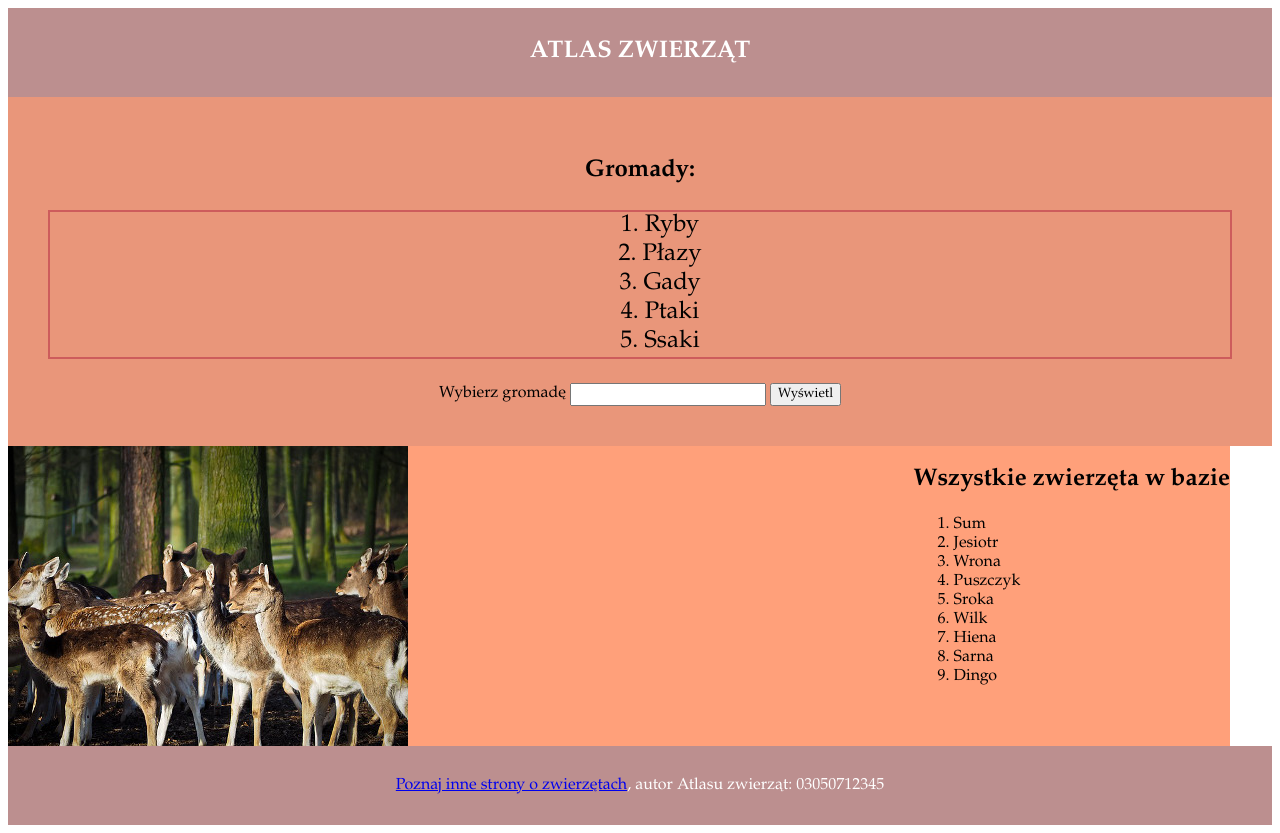
Repository: Lenerystia/HTML
Page: Zad.egz_3/index.html
The author's editor kept a copy of each file at every save. The page is drawn from the files as they stood at one save, then again after the next save.
The browser window is 1280 px wide. The pictures show the whole page.

Above is the page before, as saved 2021-12-22 14:10:39.

### Zad.egz_3/index.html
<!DOCTYPE html>
<head>
    <meta http-equiv="content-type" type="text/html" charset="UTF-8">
    <title>Dane o zwierzętach</title>
    <link rel="stylesheet" href="styl3.css">
</head>
<body>
    <section class="baner">
        <h1>ATLAS ZWIERZĄT</h1>
    </section>
    <section class="formularz">
        <h2>Gromady:</h2>
        <ol>
            <li>Ryby</li>
            <li>Płazy</li>
            <li>Gady</li>
            <li>Ptaki</li>
            <li>Ssaki</li>
        </ol>
        <form action="http://www.przykładowastrona.com" method="post">Wybierz gromadę
            <input type="number" name="Wybierz gromadę" id="gromada">
            <input type="submit" value="Wyświetl">
        </form>
    </section>
    <section class="glownyLewy">
        <img src="zwierzeta.jpg" alt="dzikie zwierzęta">
    </section>
    <section class="glownySrodkowy">

    </section>
    <section class="glownyPrawy">
        <h2>Wszystkie zwierzęta w bazie</h2>
        <ol>
            <li>Sum</li>
            <li>Jesiotr</li>
            <li>Wrona</li>
            <li>Puszczyk</li>
            <li>Sroka</li>
            <li>Wilk</li>
            <li>Hiena</li>
            <li>Sarna</li>
            <li>Dingo</li>
        </ol>
    </section>
    <section class="stopka">
        <a href="atlas-zwierzat.pl" target="_blank"> Poznaj inne strony o zwierzętach</a>, autor Atlasu zwierząt: 03050712345

    </section>
</body>
</html>

### Zad.egz_3/styl3.css
*{
    font-family: Garamond;
}
.baner{
    background-color: rosybrown;
    color: white;
    text-align: center;
    padding: 10px;
}
.formularz{
    background-color: darksalmon;
    text-align: center;
    list-style-position: inside;
    padding: 40px;
}
.glownyLewy, .glownyPrawy{
    background-color: lightsalmon;
}
.glownyLewy{
    float: left;
    height: 300px;
}
.glownySrodkowy{
    background-color: lightsalmon;
    height: 300px;
    width: 40%;
    float: left;
}
.glownyPrawy{
    float: left;
    height: 300px;
}
.stopka{
    background-color: rosybrown;
    color: white;
    text-align: center;
    padding: 30px;
    clear: both;
}
.formularz ol{
    border: 2px solid rgb(205, 92, 92);
    font-size: 150%;
}

After the next save:
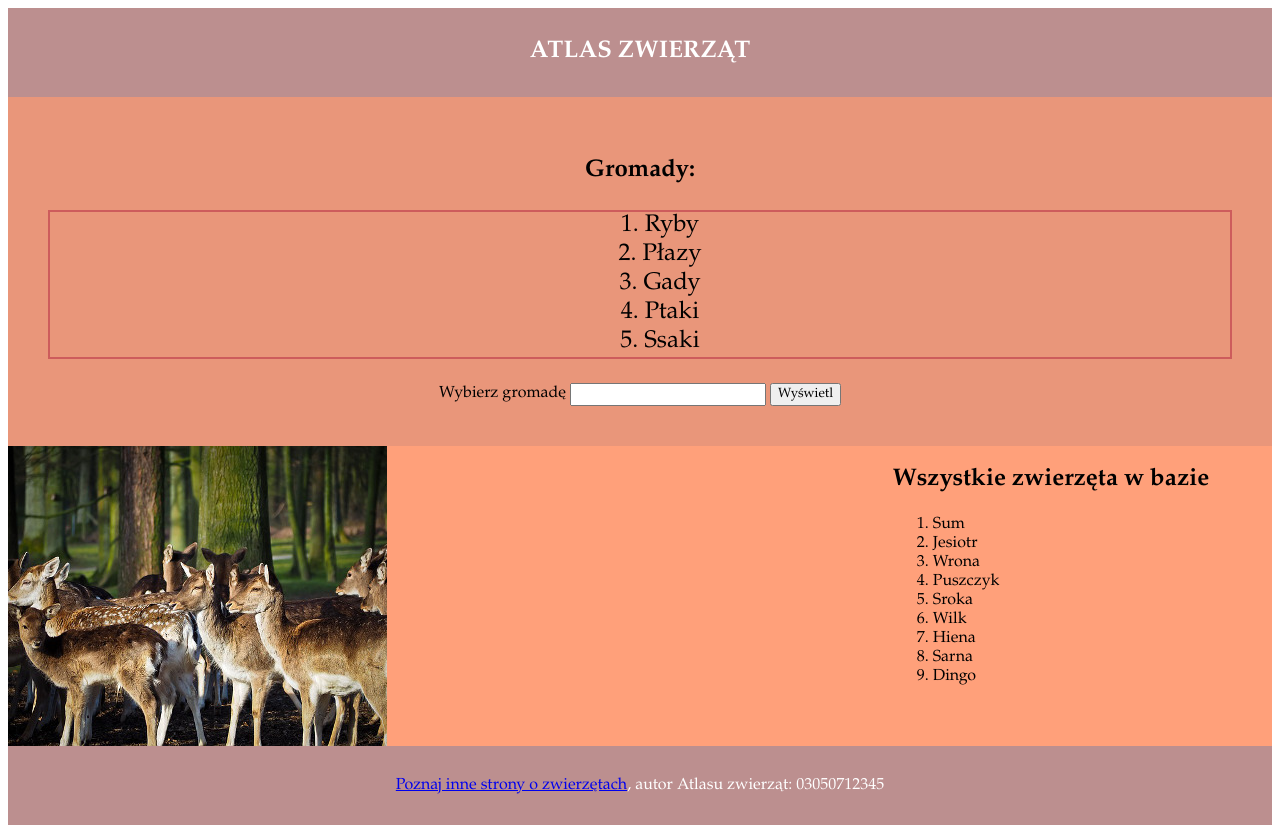
Saved 5 s later.
--- a/Zad.egz_3/styl3.css
+++ b/Zad.egz_3/styl3.css
@@ -18,6 +18,7 @@
 }
 .glownyLewy{
     float: left;
+    width: 30%;
     height: 300px;
 }
 .glownySrodkowy{
@@ -28,6 +29,7 @@
 }
 .glownyPrawy{
     float: left;
+    width: 30%;
     height: 300px;
 }
 .stopka{

After the save that followed:
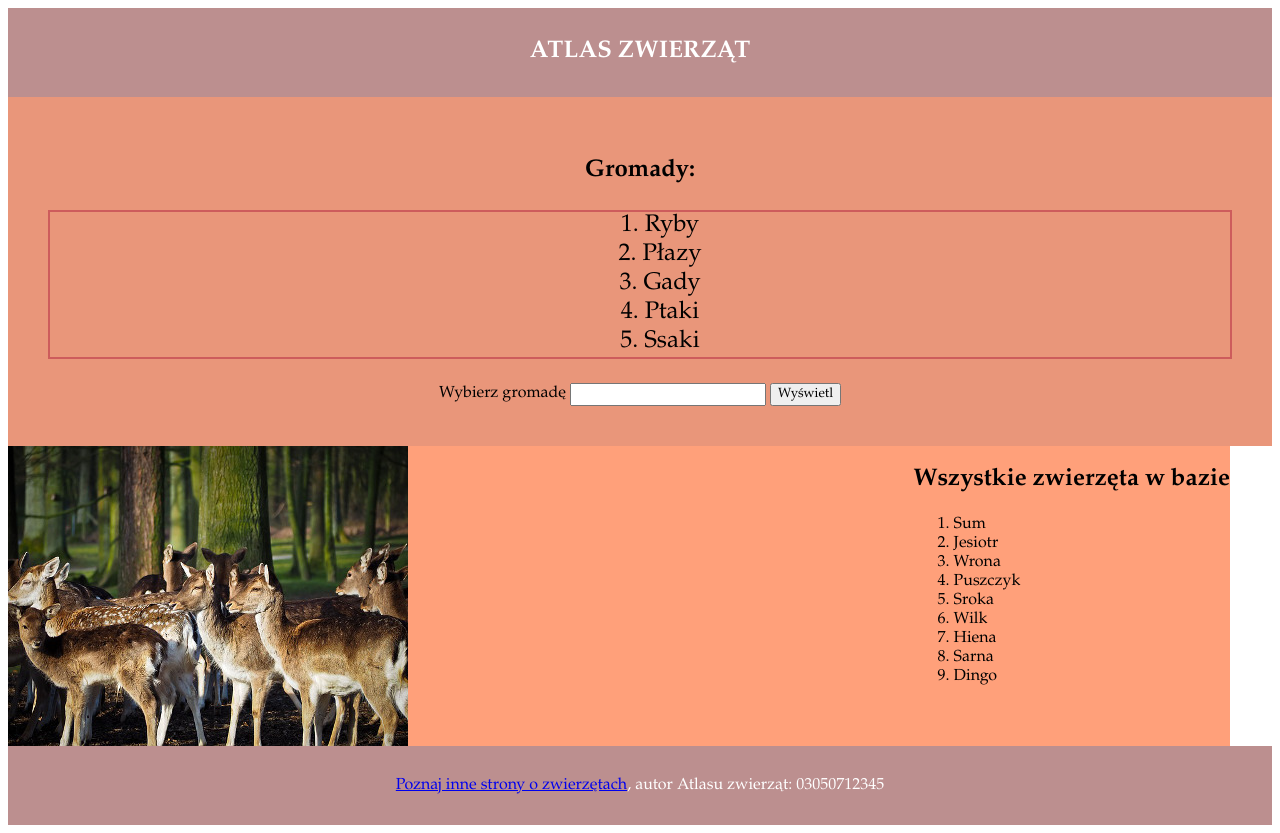
Saved 9 s later.
--- a/Zad.egz_3/styl3.css
+++ b/Zad.egz_3/styl3.css
@@ -18,7 +18,6 @@
 }
 .glownyLewy{
     float: left;
-    width: 30%;
     height: 300px;
 }
 .glownySrodkowy{
@@ -29,7 +28,6 @@
 }
 .glownyPrawy{
     float: left;
-    width: 30%;
     height: 300px;
 }
 .stopka{
